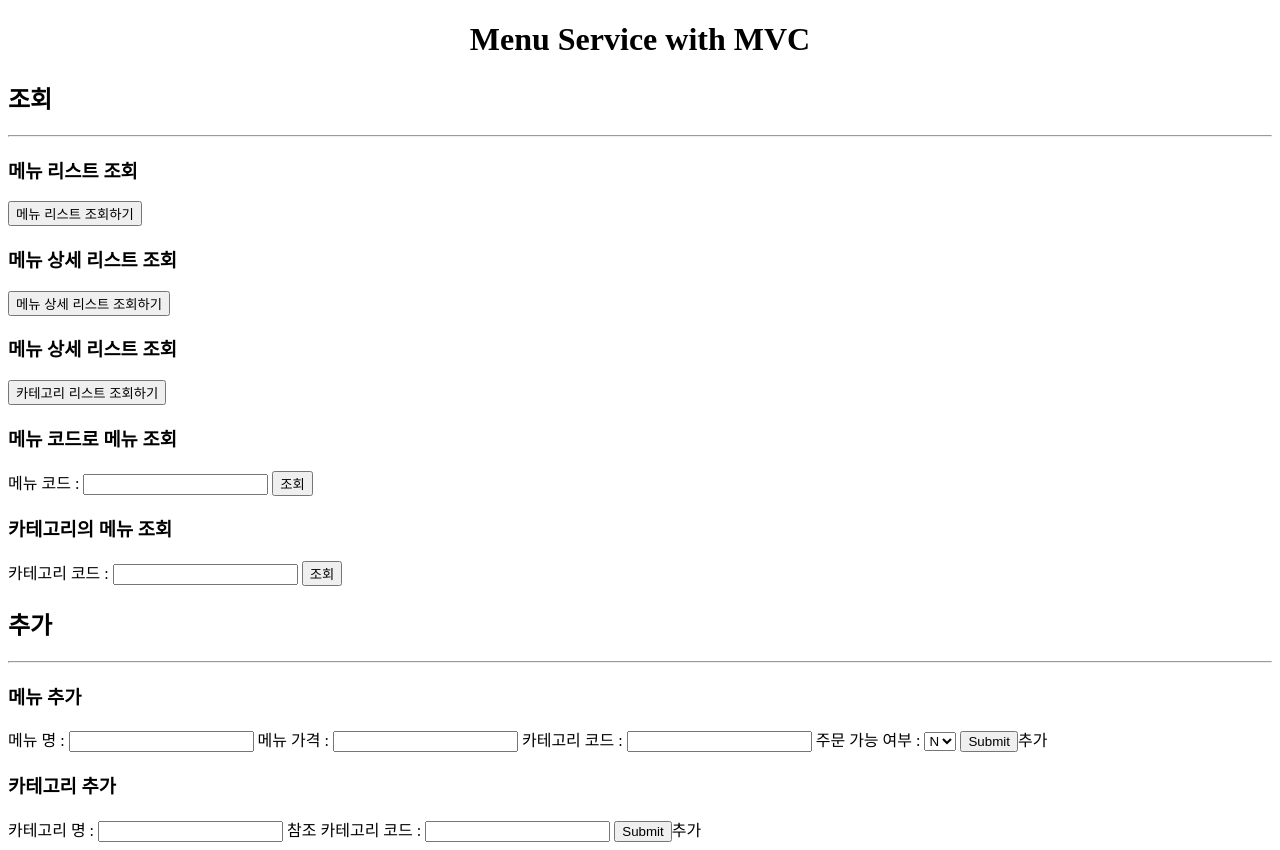
Repository: DaeyeonKim97/Menu-MVC
Page: http://localhost/menu-mvc-mybatis/
An editor plug-in stored every save of this project. The page is shown before and after the next save, followed by the edit.
The browser window is 1280 px wide. The pictures show the whole page.
The page is served by Tomcat 9. Nobody is signed in. The application's start-up code is not run.

Above is the page before, as saved 2022-08-13 08:55:35.

After the next save:
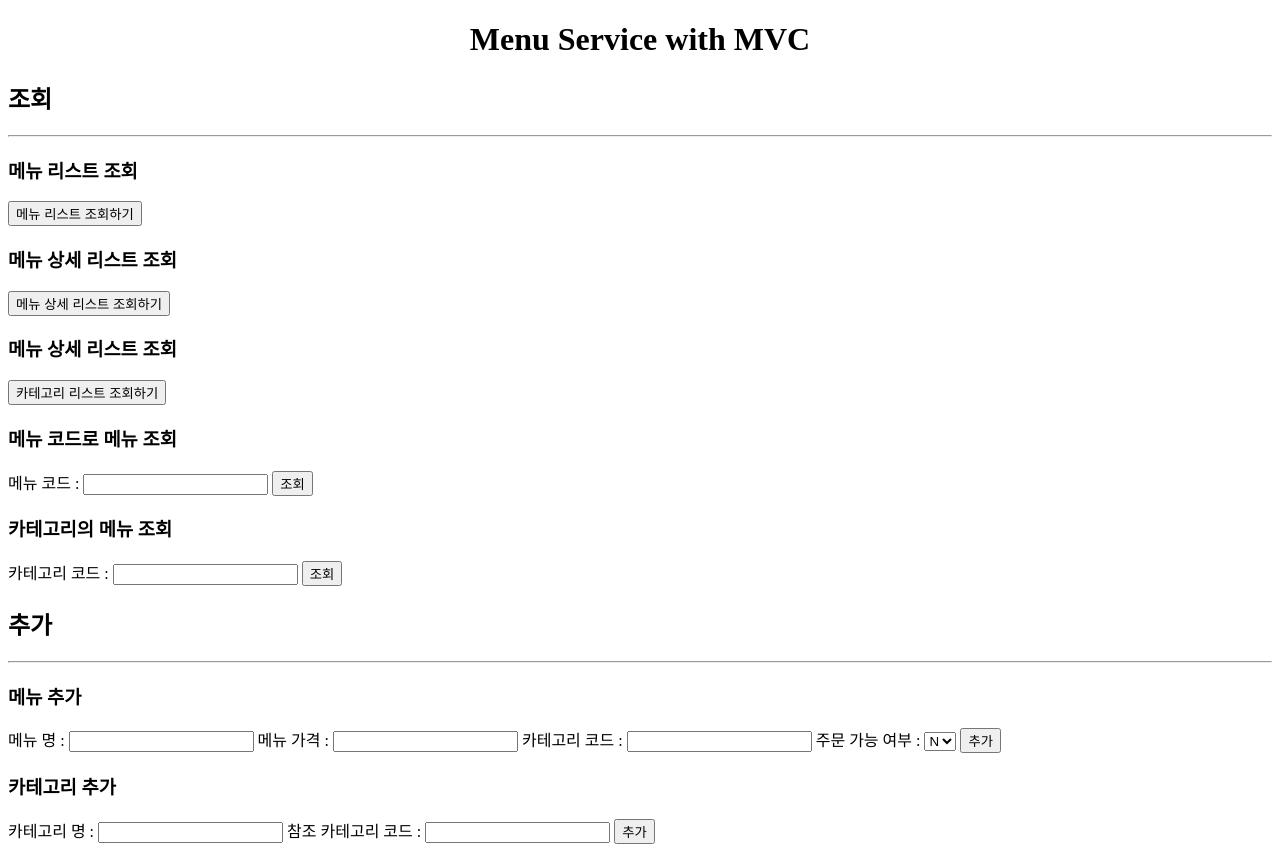
Saved 40 s later.
--- a/menu-mvc-mybatis/src/main/webapp/index.jsp
+++ b/menu-mvc-mybatis/src/main/webapp/index.jsp
@@ -50,7 +50,7 @@
 			<option value="N" selected>N</option>
 		</select>
 
-		<input type="submit">추가</button>
+		<input type="submit" value="추가"/>
 		</form>
 
 		<h3>카테고리 추가</h3>
@@ -59,7 +59,7 @@
 		<input type="text" name="name"/>
 		<label>참조 카테고리 코드 :</label>
 		<input type="number" name="refCode"/>
-		<input type="submit">추가</button>
+		<input type="submit" value="추가"/>
 	</form>
 
 </body>
